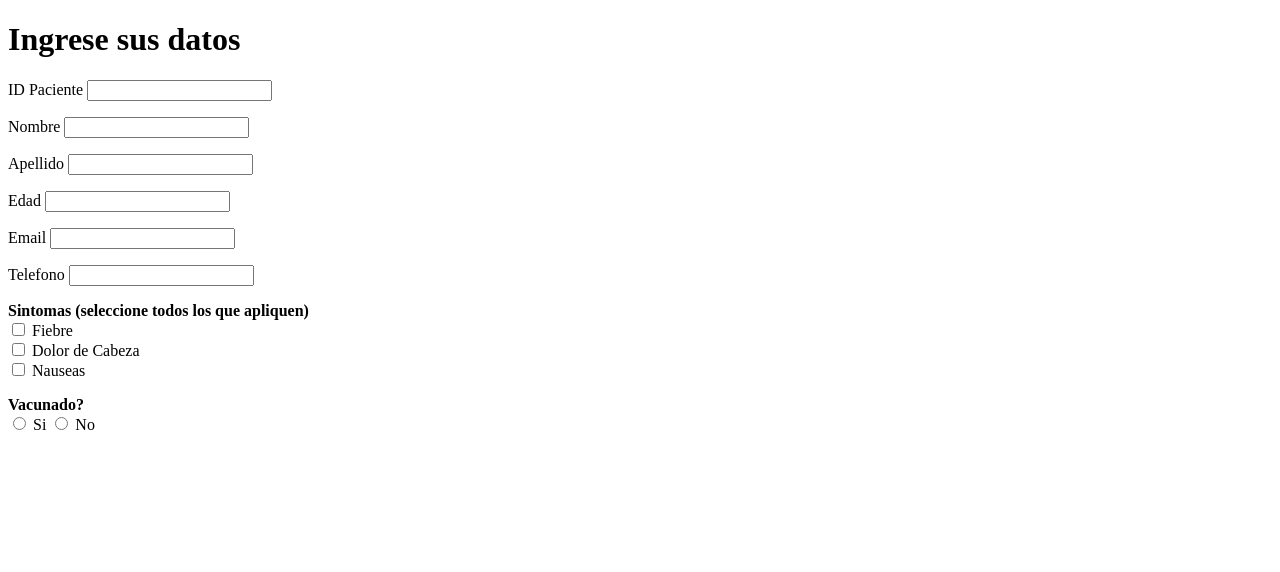
Repository: Divineridh/LPPAChallenges
Page: Trabajos en Clase/ejercicio forms covid/index.html
These files come from the project's save history. The page is drawn as it stood at one moment and after the next save; the edit follows.
The browser window is 1280 px wide. The pictures show the whole page.

Above is the page before, as saved 2022-04-19 21:07:22.

### Trabajos en Clase/ejercicio forms covid/index.html
<!DOCTYPE html>
<html lang="en">
<head>
    <meta charset="UTF-8">
    <meta http-equiv="X-UA-Compatible" content="IE=edge">
    <meta name="viewport" content="width=device-width, initial-scale=1.0">
    <title>Formularios covid</title>
</head>
<body>
    <h1>Ingrese sus datos</h1>
    <form>
        <p>
            <label for="idpaciente">ID Paciente</label>
            <input type="text" id="idpaciente" name="idpaciente"><br>
        </p>
        <p>
            <label for="nombre">Nombre</label>
            <input type="text" id="nombre" name="nombre">
        </p>
        <p>
            <label for="apellido">Apellido</label>
            <input type="text" id="apellido" name="apellido"><br>
        </p>
        <p>
            <label for="edad">Edad</label>
            <input type="text" id="edad" name="edad"><br>
        </p>
        <p>
            <label for="email">Email</label>
            <input type="text" id="email" name="email"><br>
        </p>
        <p>
            <label for="telefono">Telefono</label>
            <input type="text" id="telefono" name="telefono"><br>
        </p>
        <p>
            <b>Sintomas (seleccione todos los que apliquen)</b> <br>
            <input type="checkbox" id="fiebre" name="fiebre">
            <label for="fiebre">Fiebre</label> <br>
            <input type="checkbox" id="dolorcabeza" name="dolorcabeza">
            <label for="dolorcabeza">Dolor de Cabeza</label> <br>
            <input type="checkbox" id="nauseas" name="nauseas">
            <label for="nauseas">Nauseas</label>
        </p>
        <p>
            <b>Vacunado?</b> <br>
            <input type="radio" id="sivacuna" name="sivacuna">
            <label for="sivacuna">Si</label>
            <input type="radio" id="novacuna" name="novacuna">
            <label for="novacuna">No</label>
        </p>
    </form>
</body>
</html>

After the next save:
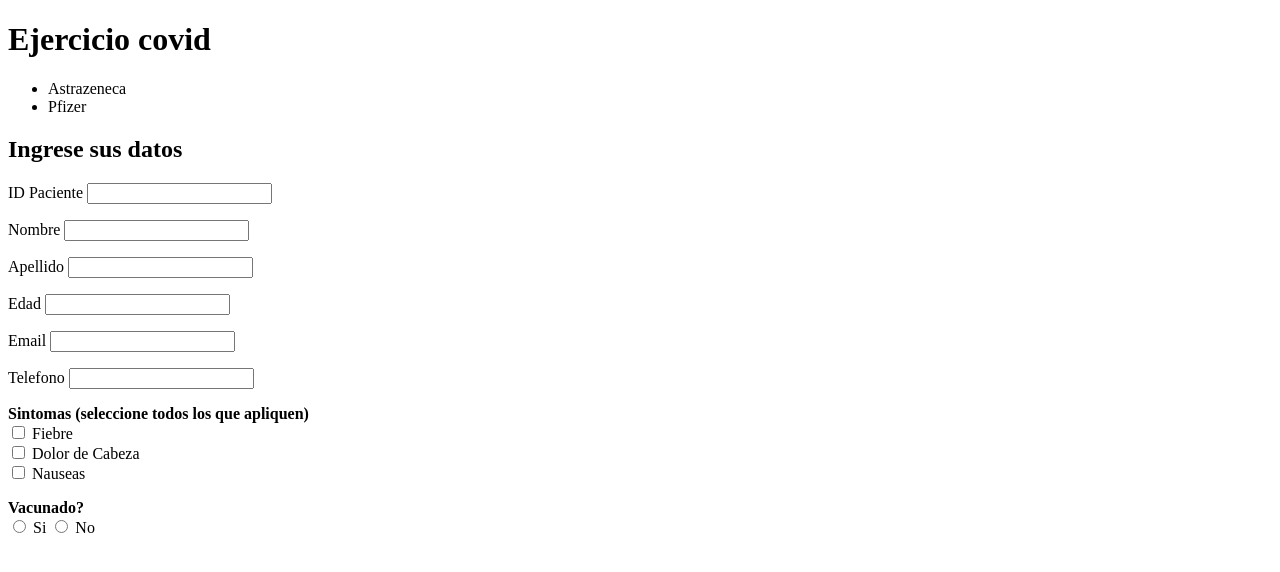
Saved 2 min 6 s later.
--- a/Trabajos en Clase/ejercicio forms covid/index.html
+++ b/Trabajos en Clase/ejercicio forms covid/index.html
@@ -7,7 +7,15 @@
     <title>Formularios covid</title>
 </head>
 <body>
-    <h1>Ingrese sus datos</h1>
+    <h1>Ejercicio covid</h1>
+    <ul>
+        <li>Astrazeneca</li>
+        <li>Pfizer</li>
+    </ul>
+
+
+
+    <h2>Ingrese sus datos</h2>
     <form>
         <p>
             <label for="idpaciente">ID Paciente</label>
